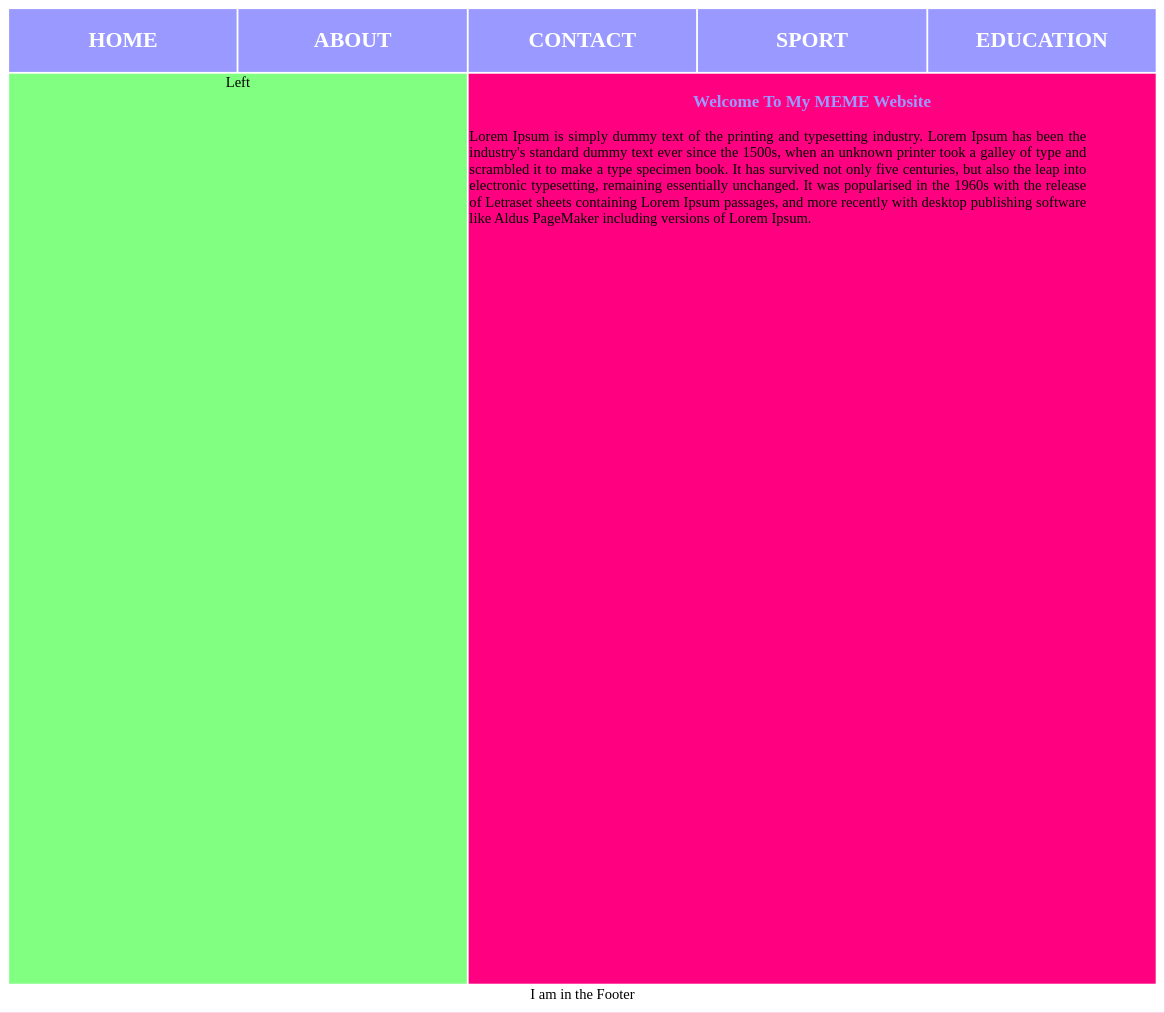
Repository: LiamMcC/webforDunboyne
Page: memewebsite/index.html
The author's editor kept a record of every edit. The page is drawn from the files as they stood at one moment, then again after the next edit.
The browser window is 1280 px wide. The pictures show the whole page, at 91% of full size.

Above is the page before.

### memewebsite/index.html
<!DOCTYPE html>
<html>
  <head>
    <meta charset="UTF-8">
    <title>CDM Meme Wonderfullness</title>
  </head>
  <body>

      <table style="width:100%;text-align:center;">
         <tr style="background-color:#9999ff; height: 50px;">
             <td style="width:20%"><h2 style="color:#ffffff">HOME</h2></td>
             <td style="width:20%"><h2 style="color:#ffffff">ABOUT</h2></td>
             <td style="width:20%"><h2 style="color:#ffffff">CONTACT</h2></td>
             <td style="width:20%"><h2 style="color:#ffffff">SPORT</h2></td>
            <td style="width:20%"><h2 style="color:#ffffff">EDUCATION</h2></td>


         </tr>

          <tr style="height:1000px;">
              <!-- Left menu -->
              <td colspan="2" style="background-color:#80ff80;vertical-align:top;">Left</td>

              <!-- Main content -->

              <td colspan="3" style="background-color:#ff0080;vertical-align: top;">

                  <h3  style="color:#9999ff">Welcome To My MEME Website</h3>

                  <p style="text-align:justify;width:90%">
                      Lorem Ipsum is simply dummy text of the printing and typesetting industry. Lorem Ipsum has been the industry's standard dummy text ever since the 1500s, when an unknown printer took a galley of type and scrambled it to make a type specimen book. It has survived not only five centuries, but also the leap into electronic typesetting, remaining essentially unchanged. It was popularised in the 1960s with the release of Letraset sheets containing Lorem Ipsum passages, and more recently with desktop publishing software like Aldus PageMaker including versions of Lorem Ipsum.

                  </p>

                  </td>
          </tr>

          <tr>
              <td colspan="5">I am in the Footer</td>


          </tr>



      </table>











  </body>
</html>

After the next edit:
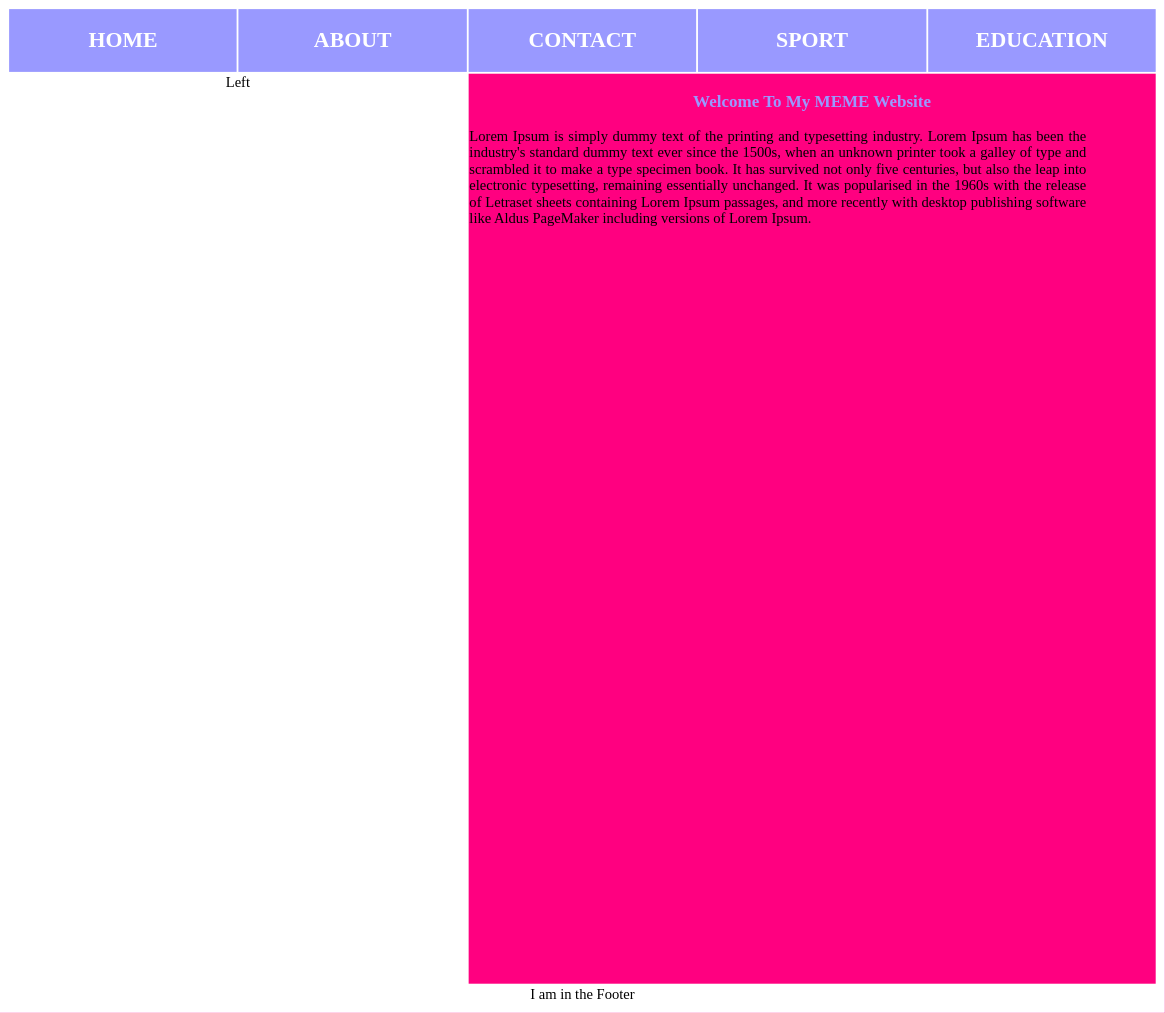
The edit:
--- a/memewebsite/index.html
+++ b/memewebsite/index.html
@@ -19,7 +19,7 @@
 
           <tr style="height:1000px;">
               <!-- Left menu -->
-              <td colspan="2" style="background-color:#80ff80;vertical-align:top;">Left</td>
+              <td colspan="2" style="background-color:#ffffff;vertical-align:top;">Left</td>
 
               <!-- Main content -->
 
